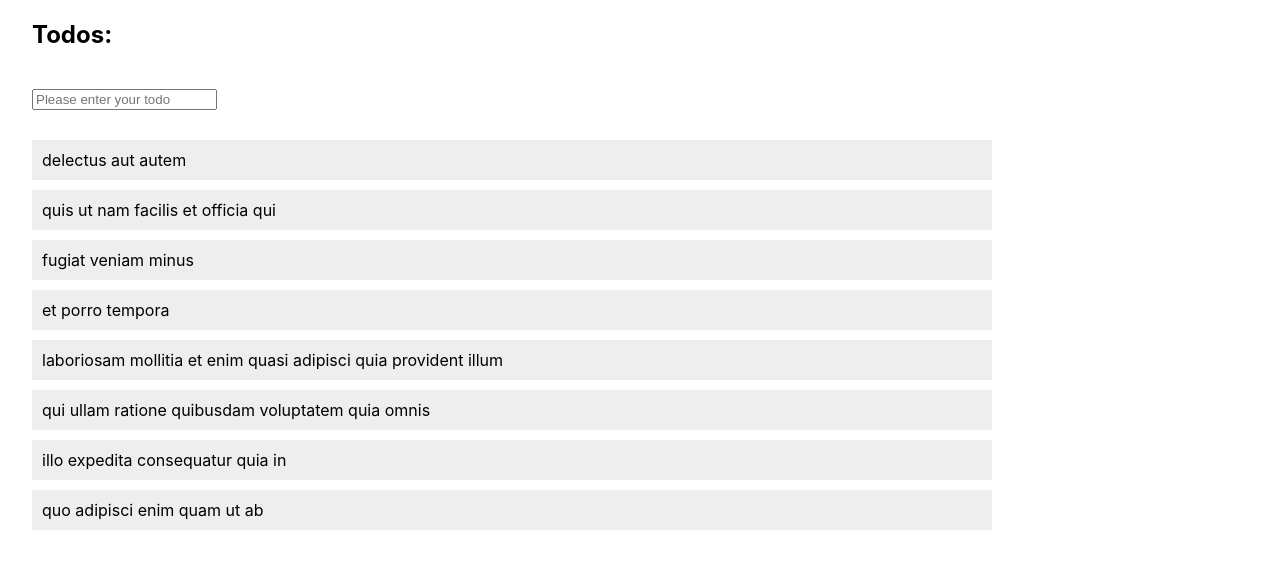
Repository: vhoreho/react
Page: / (app in myapp/)
An editor plug-in stored every save of this project. The page is shown before and after the next save, followed by the edit.
The browser window is 1280 px wide. The pictures show the whole page.
The project was rebuilt for these pictures with package versions that can differ from the ones it lists, and the page was loaded fresh each time.

Above is the page before, as saved 2022-08-08 21:37:41.

After the next save:
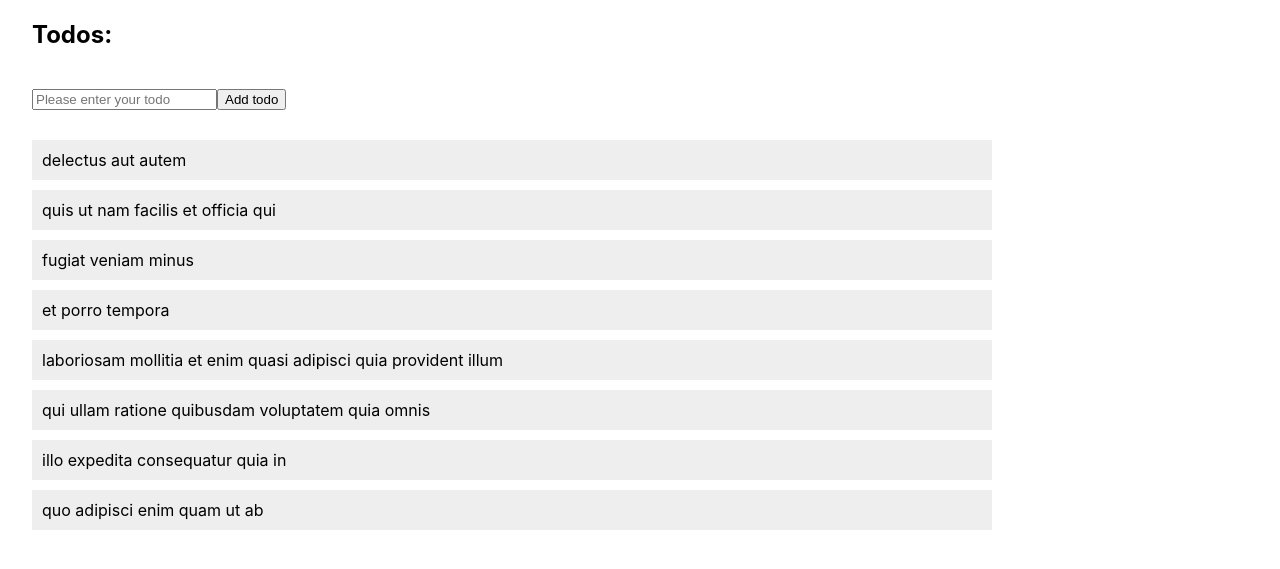
Saved 45 s later.
--- a/myapp/src/components/Input.js
+++ b/myapp/src/components/Input.js
@@ -7,13 +7,17 @@
   }
 
   return (
-    <input
-      placeholder='Please enter your todo'
-      style={{
-        margin: '20px 0'
-      }}
-      value={value}
-      onChange={handleChange}
-    />
+    <div>
+      <input
+        placeholder='Please enter your todo'
+        style={{
+          margin: '20px 0'
+        }}
+        value={value}
+        onChange={handleChange}
+      />
+      <button>Add todo</button>
+    </div>
+
   )
 }
